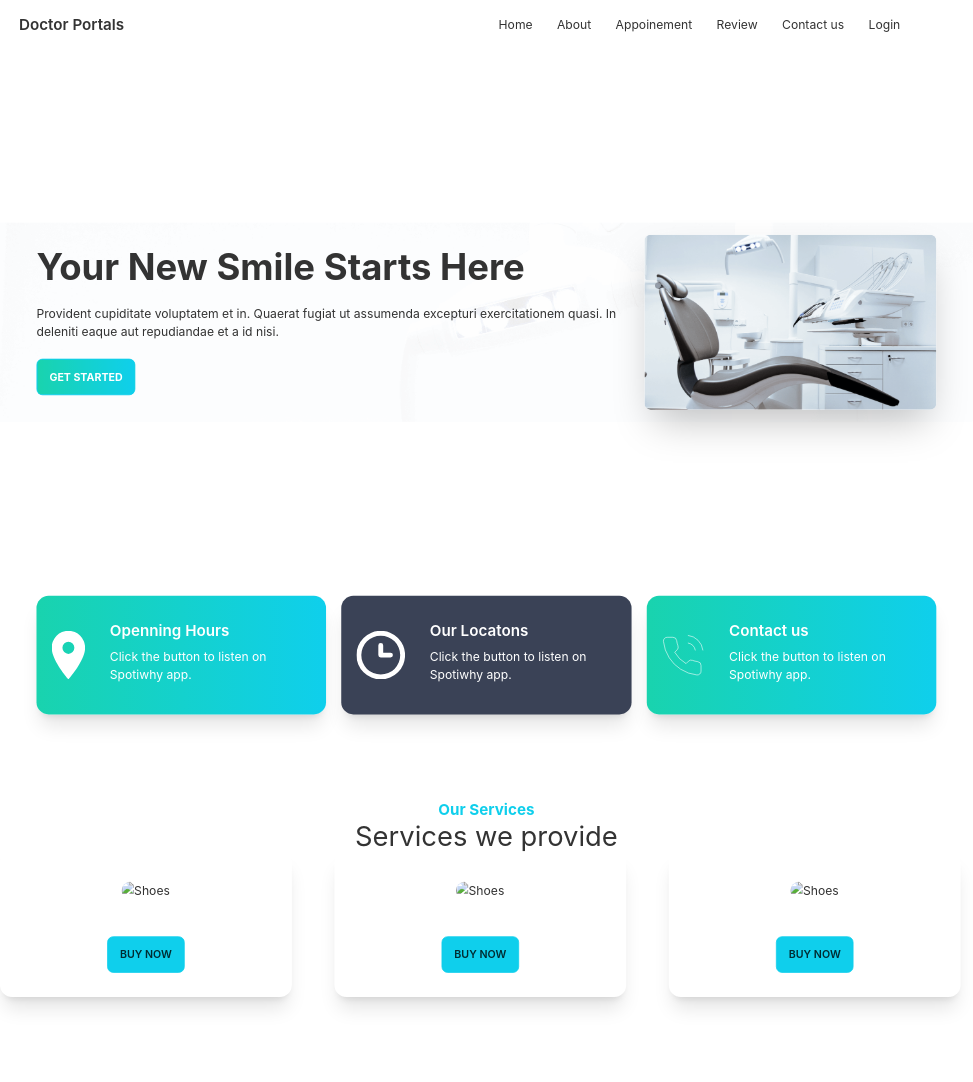
Repository: devsajid/doctors-portal-client
Page: /
These files come from the project's save history. The page is drawn as it stood at one moment and after the next save; the edit follows.
The browser window is 1280 px wide. The pictures show the whole page, at 76% of full size.
Backgrounds fixed to the window are drawn as part of the page. The project was rebuilt for these pictures with package versions that can differ from the ones it lists, and the page was loaded fresh each time. Also part of the build but not shown: src/App.css, src/Pages/About/About.js, src/Pages/Appoinment/Appoinment.js, src/Pages/Contact/Contact.js, src/Pages/Login/Login.js, src/Pages/Review/Review.js.

Above is the page before, as saved 2022-08-05 21:58:37.

After the next save:
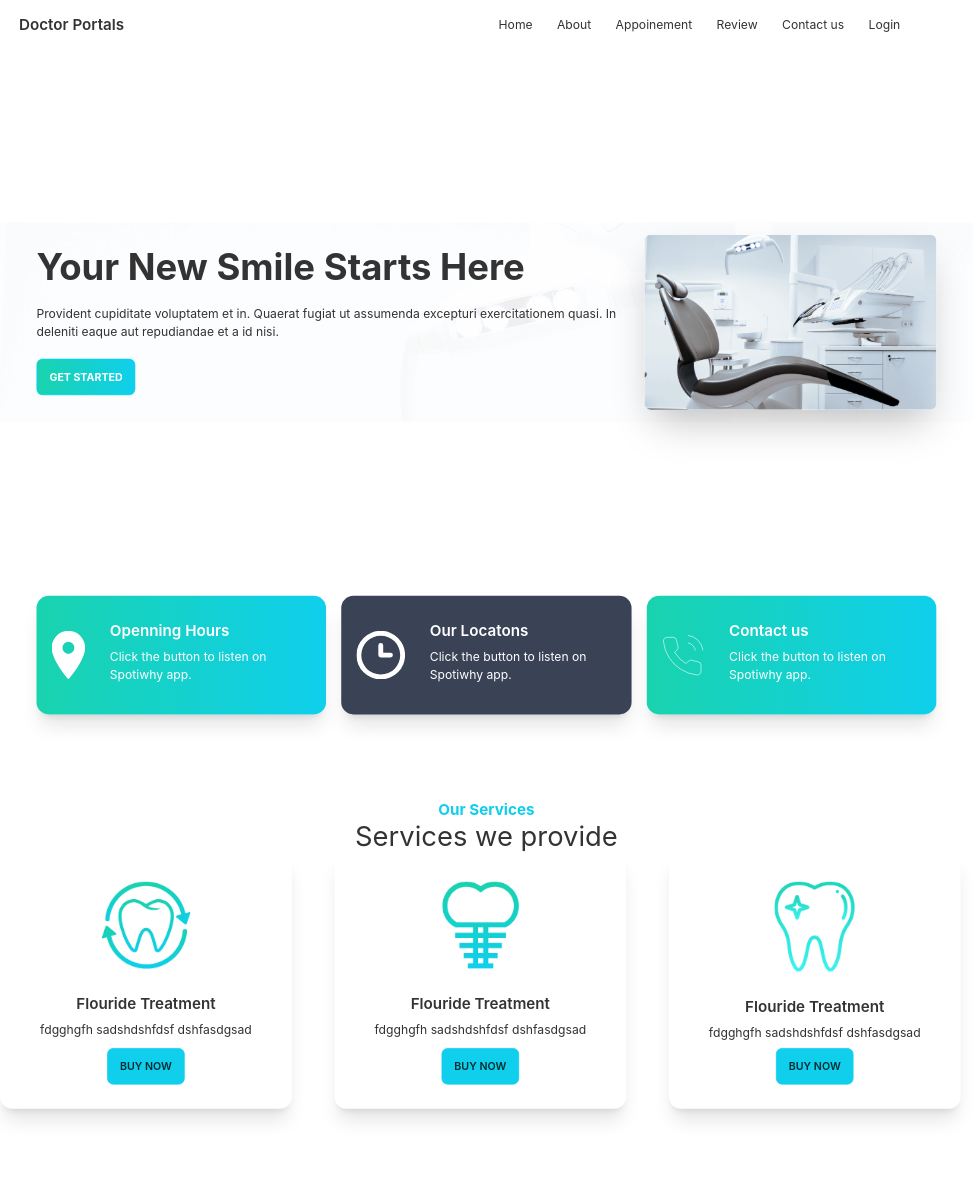
Saved 4 min 19 s later.
--- a/src/Pages/Services/Service.js
+++ b/src/Pages/Services/Service.js
@@ -1,6 +1,6 @@
 import React from "react";
 
-const Service = (service) => {
+const Service = ({ service }) => {
   return (
     <div class="card w-96 bg-base-100 shadow-xl">
       <figure class="px-10 pt-10">
